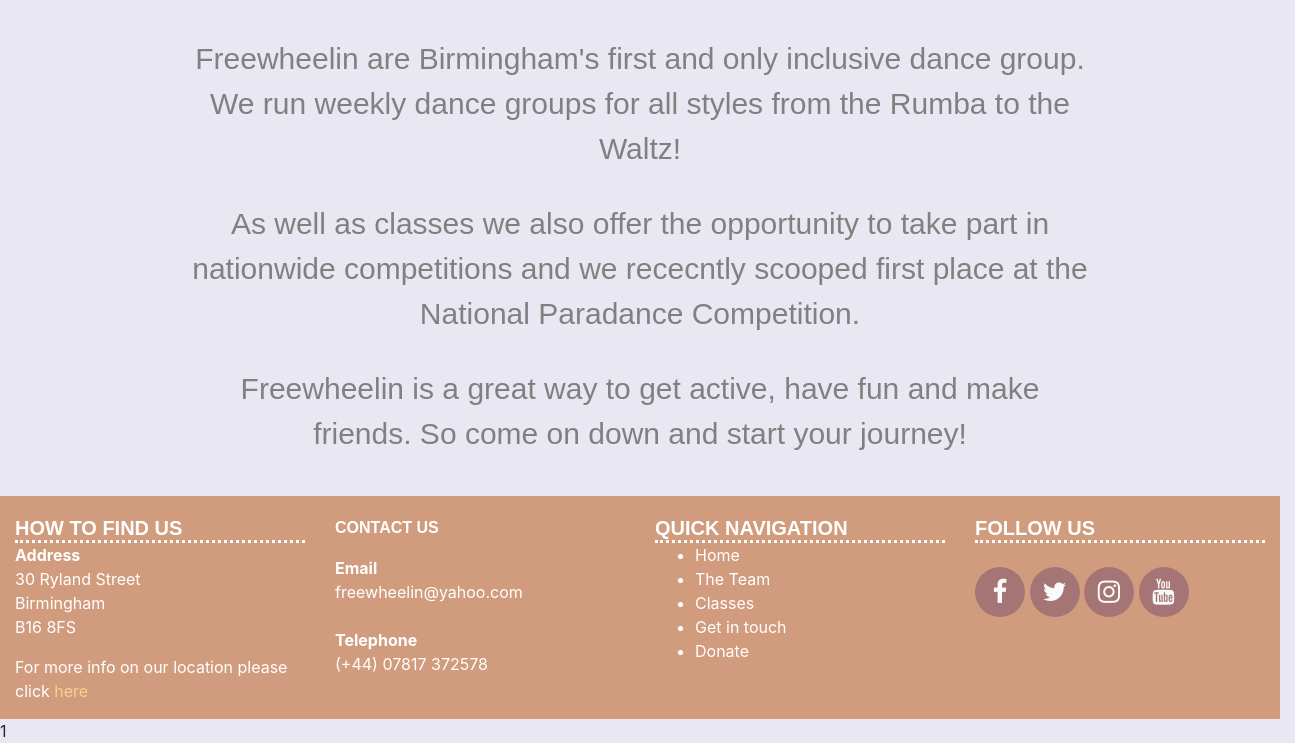
Repository: Code-Institute-Submissions/francisillingworth-resubmitted-milestone-project-1
Page: index.html
The author's editor kept a record of every edit. The page is drawn from the files as they stood at one moment, then again after the next edit.
The browser window is 1280 px wide. The page is 1295 px wide, so the pictures cover 1295 px, including what lies to the right of the window. The pictures show the part of the page from y = 811 to 1567 px (the page is 1554 px tall before and 1567 px after).

Above is the page before.

### index.html
<!DOCTYPE html>
<html lang="en">

<head>
    <meta charset="UTF-8">
    <meta name="viewport" content="width=device-width, initial-scale=1.0">
    <meta http-equiv="X-UA-Compatible" content="ie=edge">
    <link rel="stylesheet" href="https://stackpath.bootstrapcdn.com/bootstrap/4.3.1/css/bootstrap.min.css" type="text/css" />
    <link rel="stylesheet" href="https://stackpath.bootstrapcdn.com/font-awesome/4.7.0/css/font-awesome.min.css" type="text/css" />
    <link rel="stylesheet" href="https://cdnjs.cloudflare.com/ajax/libs/hover.css/2.3.1/css/hover-min.css" type="text/css" />
    <link rel="stylesheet" href="static/css/style.css" type="text/css" />
    <link rel="icon" type="image/png" href="assets/images/logo.png">
    <title>Freewheelin | Inclusive Dance</title>
</head>

<body>

    <header>
        <div class="container-fluid navalert-container">
            <div class="container-fluid alert-container">
                <div class="row d-none d-lg-block">
                    <div class="site-wide-alert alert alert-warning col-12 "><strong> Want to get involved?</strong> Click <a href="classes.html">here</a> for more info on classes! Want to donate? <button class="btn btn-success btn-sm " data-toggle="modal" data-target="#donateModal">Click Here!</button></div>
                </div>
            </div>
            <nav class="navbar navbar-dark navbar-expand-xl">
                <a href="/" class="navbar-brand"></a>
                <button class="navbar-toggler ml-auto" type="button" data-toggle="collapse" data-target="#navbarNavDropdown" aria-controls="navbarNavDropdown" aria-expanded="false" aria-label="Toggle navigation">
        <span class="navbar-toggler-icon"></span></button>


                <div class="collapse navbar-collapse  ml-auto" id="navbarNavDropdown">
                    <ul class="navbar-nav mr-auto">
                        <li class=" nav-item mr-2"><a class="nav-link" href="index.html">Home</a></li>
                        <li class="nav-item mr-2"><a class="nav-link" href="team.html">The Team</a></li>
                        <li class="nav-item dropdown">
                            <li class="nav-item mr-2"><a class="nav-link" href="classes.html">Classes</a></li>
                            <a class="nav-link dropdown-toggle " href="#" id="navbarDropdownMenuLink" role="button" data-toggle="dropdown" aria-haspopup="true" aria-expanded="false">Get in touch</a>
                            <div class="dropdown-menu" aria-labelledby="navbarDropdownMenuLink">
                                <a class="dropdown-item" href="get-in-touch.html">Contact us</a>
                                <a class="dropdown-item" href="#" data-toggle="modal" data-target="#donateModal">Donate</a>
                            </div>
                        </li>

                    </ul>
                </div>

            </nav>
        </div>

        <img class="logo" src="assets/images/logo.png" alt="Logo">
        <h1>Freewheelin</h1>
        <h2>Inclusive dance</h2>
        <div class="row no-gutters">
            <div class="col-md-8 offset-2">
                <div class="d-none d-lg-block">
                    <div class="row no-gutters">
                        <div class="col">
                            <ul id="nav" class="list-inline menucontainer">
                                <li class="col-sm-3 ui-menu-color list-inline-item menuitem">
                                    <a href="index.html" class="hvr-icon-grow"><i class="fa fa-home hvr-icon" aria-hidden="true"></i><span>&nbsp;  Home</span></a>
                                </li>
                                <li class="col-sm-3 ui-menu-color list-inline-item menuitem">
                                    <a href="team.html" class="hvr-icon-grow"><i class="fa fa-users hvr-icon" aria-hidden="true"></i><span>&nbsp;  The Team</span></a>
                                </li>
                                <li class="col-sm-3 ui-menu-color list-inline-item menuitem">
                                    <a href="classes.html" class="hvr-icon-grow"><i class="fa fa-calendar hvr-icon" aria-hidden="true"></i><span>&nbsp;  Classes</span></a>
                                </li>
                                <li class="col-sm-3 ui-menu-color list-inline-item menuitem">
                                    <a href="get-in-touch.html" class="hvr-icon-grow"><i class="fa fa-comments hvr-icon" aria-hidden="true"></i><span>&nbsp;  Get in touch</span></a>
                                </li>
                            </ul>

                        </div>
                    </div>
                </div>
            </div>
        </div>
    </header>

    <section>

        <iframe class="introVideo" width="516" height="296" src="https://www.youtube.com/embed/5jInVw9U_JM" frameborder="0" allow="accelerometer; autoplay; encrypted-media; gyroscope; picture-in-picture" allowfullscreen></iframe>
        <p class="homePagePara">Freewheelin are Birmingham's first and only inclusive dance group. We run weekly dance groups for all styles from the Rumba to the Waltz!</p>
        <p class="homePagePara">As well as classes we also offer the opportunity to take part in nationwide competitions and we rececntly scooped first place at the National Paradance Competition.</p>
        <p class="homePagePara">Freewheelin is a great way to get active, have fun and make friends. So come on down and start your journey!</p>
        </p>
    </section>

    <footer class="container-fluid">
        <div class="row">
            <div class="col-sm-6 col-md-4 col-lg-3">
                <h5 class="uppercase general-sub"><strong>How to find us</strong></h5>
                <p class="footer-text"><strong>Address</strong><br>30 Ryland Street<br>Birmingham<br>B16 8FS</p>
                <p class="footer-text footer-text-map-link">For more info on our location please click <a class="classes-page" href="classes.html">here</a></p>
                <div class="container-map">
                    <iframe src="https://www.google.com/maps/embed?pb=!1m18!1m12!1m3!1d4860.370228884722!2d-1.922623812816778!3d52.47578393677804!2m3!1f0!2f0!3f0!3m2!1i1024!2i768!4f13.1!3m3!1m2!1s0x4870bcf7880bee33%3A0xc67f882871949e74!2s30+Ryland+St%2C+Birmingham+B16+8FS!5e0!3m2!1sen!2suk!4v1556909026058!5m2!1sen!2suk"
                        width="300" height="300" frameborder="0" style="border:0" allowfullscreen></iframe>
                </div>
            </div>
            <div class="col-sm-6 col-md-4 col-lg-3">
                <p class="uppercase general-sub footerHeader"><strong>Contact Us</strong></p>
                <p class="footer-text"><strong> Email</strong><br>freewheelin@yahoo.com<br><br><strong>Telephone</strong><br>(+44) 07817 372578</p>
            </div>
            <div class="col-sm-6 col-md-4 col-lg-3">
                <h5 class="uppercase general-sub"><strong>Quick Navigation</strong></h5>
                <ul>
                    <li class="footer-nav"><a href="index.html">Home</a></li>
                    <li class="footer-nav"><a href="team.html">The Team</a></li>
                    <li class="footer-nav"><a href="classes.html">Classes</a></li>
                    <li class="footer-nav"><a href="get-in-touch.html">Get in touch</a></li>
                    <li class="footer-nav"><a href="#" data-toggle="modal" data-target="#donateModal">Donate</a></li>
                </ul>
            </div>
            <div class="col-sm-6 col-md-4 col-lg-3">
                <h5 class="uppercase general-sub"><strong>Follow us</strong></h5>
                <br>
                <ul class="list-inline social-links">
                    <li class="list-inline-item">
                        <a target="_blank" href="https://www.facebook.com/freewheelindance/?view_public_for=1515757465107461">
                            <i class="fa fa-facebook hvr-icon" aria-hidden="true"></i>
                            <span class="sr-only">Facebook</span>
                        </a>
                    </li>
                    <li class="list-inline-item">
                        <a target="_blank" href="https://twitter.com/wheelin_free">
                            <i class="fa fa-twitter hvr-icon" aria-hidden="true"></i>
                            <span class="sr-only">Twitter</span>
                        </a>
                    </li>
                    <li class="list-inline-item">
                        <a target="_blank" href="https://www.instagram.com/freewheelin_dance/">
                            <i class="fa fa-instagram hvr-icon" aria-hidden="true"></i>
                            <span class="sr-only">Instagram</span>
                        </a>
                    </li>
                    <li class="list-inline-item">
                        <a target="_blank" href="https://www.youtube.com/channel/UCn35KSVQHnnvmcoqwCyMNBQ">
                            <i class="fa fa-youtube hvr-icon" aria-hidden="true"></i>
                            <span class="sr-only">Youtube</span>
                        </a>
                    </li>
                </ul>
            </div>

        </div>

    </footer>

    <div class="modal" tabindex="-1" role="dialog" id="donateModal">
        <div class="modal-dialog" role="document">
            <div class="modal-content">
                <div class="modal-header">
                    <h5 class="modal-title">Donate to Freewheelin!</h5>
                    <button type="button" class="close" data-dismiss="modal" aria-label="Close">
          <span aria-hidden="true">&times;</span>
        </button>
                </div>
                <div class="modal-body">
                    <form>
                        <div class="form-group">
                            <label for="InputName">Full name (required)</label>
                            <input type="text" class="form-control" id="exampleInputEmail1" aria-describedby="emailHelp" placeholder="Enter full name" required>
                        </div>
                        <div class="form-group">
                            <label for="InputEmail">Email address (required)</label>
                            <input type="email" class="form-control" id="exampleInputEmail1" aria-describedby="emailHelp" placeholder="Enter email" required>
                            <small id="emailHelp" class="form-text text-muted">We'll never share your email with anyone else.</small>
                        </div>
                        <div class="form-group">
                            <label for="InputTelephoneNumber">Telephone number (optional)</label>
                            <input type="text" class="form-control" id="exampleInputPassword1" placeholder="Enter Telephone Number">
                            <small id="phoneHelp" class="form-text text-muted">We'll never share your phone number with anyone else.</small>
                        </div>
                        <p>By clicking submit you will send us your contact details. A member of the team will get in touch shortly to dicuss your donation. Thank you for your generosity!</p>
                        <button type="submit" class="btn btn-primary">Submit</button>
                    </form>
                </div>
            </div>
        </div>
    </div>



    <script src="https://code.jquery.com/jquery-3.3.1.slim.min.js" integrity="sha384-q8i/X+965DzO0rT7abK41JStQIAqVgRVzpbzo5smXKp4YfRvH+8abtTE1Pi6jizo" crossorigin="anonymous"></script>
    <script src="https://cdnjs.cloudflare.com/ajax/libs/popper.js/1.14.7/umd/popper.min.js" integrity="sha384-UO2eT0CpHqdSJQ6hJty5KVphtPhzWj9WO1clHTMGa3JDZwrnQq4sF86dIHNDz0W1" crossorigin="anonymous"></script>
    <script src="https://stackpath.bootstrapcdn.com/bootstrap/4.3.1/js/bootstrap.min.js" integrity="sha384-JjSmVgyd0p3pXB1rRibZUAYoIIy6OrQ6VrjIEaFf/nJGzIxFDsf4x0xIM+B07jRM" crossorigin="anonymous"></script>


</body>

</html>
1

### static/css/style.css
/*------------------colours*/

body {
    background-color: #e9e7f1;
}



/*------------------heading*/

h1 {
    width: 100%;
    font-family: century gothic, sans-serif;
    font-weight: 100;
    font-size: 56px;
    text-align: center;
    letter-spacing: 3px;
}

h4 {
    font-family: century gothic, sans-serif;
    font-weight: 100;
    font-size: 20px;
    text-align: center;
    letter-spacing: 5px;
    color: #808080;
}

.logo {
    border-radius: 50%;
    display: inherit;
    margin-left: auto;
    margin-right: auto;
}

.list-inline-item:not(:last-child) {
    margin: 0;
}

.menucontainer {
    font-size: 0;

}

#nav li {
    font-size: 20px;
    text-align: center;
    padding: 7px 10px 10px 10px;
    background-color: #d9c8ca;
    color: black;
    border-radius: 25px;
    margin-top: 10px;

}

#nav li:hover {
    background-color: #bfa4a4
}

.menuitem {
    height: 100%;
}

.menuitem a {
    width: 100%;
    text-decoration: none;
    color: #fff;
    height: 100%;
    display: block;
}

.menuitem span {
    width: 100%
}

/* ------------------------------------Alert bar*/

.alert {
    padding: 3px 20px;
    text-align: right;
    background-color: #e9e7f1;
    border-color: #e9e7f1;

}

btn-group-sm>.btn,
.btn-sm {
    padding: .25rem .5rem;
    font-size: .875rem;
    line-height: 1.5;
    border-radius: .2rem;
    margin-left: 10px;
}

.alert-container {
    padding: 0;
}


/*-----------------------------------burger nav*/

.nav-link {
    text-align: right;
    font-weight: 800;
}


.navbar-dark .navbar-nav .nav-link {
    color: #747779;
}


.navbar-toggler-icon {
    display: inline-block;
    width: 2.5em;
    height: 2.5em;
    vertical-align: middle;
    content: "";
    background: no-repeat center center;
    background-size: 100% 100%;


}

.navbar-dark .navbar-toggler-icon {
    background-image: url(http://assets.stickpng.com/thumbs/588a64e7d06f6719692a2d11.png);
}

.dropdown-item {
    text-align: right;
    color: #747779;
    font-weight: 700;
}

.dropdown-menu {
    background-color: transparent;
    border: none;
}

.navalert-container {
    padding: 0;
}



.dropdown-item:focus,
.dropdown-item:hover {
    color: white;
    text-decoration: none;
    background-color: #e9e7f1;
}

@media(min-width:992px) {
    .navbar-expand-xl {
        display: none;
    }
}




/*---------------------------------------footer*/

h5 {
    margin: 0;
    border-bottom-style: dotted;
    border-bottom-color: white;
}

.uppercase {
    text-transform: uppercase
}

.general-sub {
    font-family: "nanum-Gothic", sans-serif;
    color: white;
}

footer {
    margin-top: 40px;
    background-color: #d19c7d;
    min-height: 100px;
    padding-top: 20px;

}

.footer-text {
    color: white;
}

/* credit to tkjaergaard  https://gist.github.com/tkjaergaard/1853190  for inspiration on making the map circular and for ideas for code make it happen */

.container-map {

    text-align: center;
    overflow: hidden;
    border-radius: 50%;
    position: relative;
    z-index: 1;
    height: 290px;
    width: 290px;
    border: 10px solid #f9cf92;
    margin-bottom: 20px;
}

.container-map iframe {
    position: absolute;
    border-radius: 50%;
    top: 0;
    left: -10px;

}

.social-links li a i {
    width: 50px;
    height: 50px;
    padding: 12px 0;
    border-radius: 50%;
    font-size: 26px;
    text-align: center;
    color: #fafafa;
    background-color: #a57474;
    transition: all 0.35s ease-in-out;
    -moz-transition: all 0.35s ease-in-out;
    -webkit-transition: all 0.35s ease-in-out;
    -o-transition: all 0.35s ease-in-out;

}

.social-links li a i:hover {
    background-color: #f9cf92;
    transform: scale(1.15);

}

.footer-nav {
    text-decoration: none;
    color: white;

}

.footer-nav a {
    text-decoration: none;
    color: white;

}

.footer-nav:hover {

    color: #8f8f8f;
}

.footer-nav a:hover {
    color: #8f8f8f;
}


.introVideo {
    width: 100%;
    margin-top: 40px;
}

.classes-page {
    color: #f9cf92;

}

.classes-page:hover {
    color: #a57474;
    text-decoration: none;
}



/*-------------------------index.html*/

.homePagePara {
    text-align: center;
    font-family: century gothic, sans-serif;
    font-size: 20px;
    font-weight: 300;
    color: #808080;
    width: 98%;
    margin-left: 1%;
    margin-top: 30px;
}

/*-------------------------------get in touch*/

.contact-form {
    margin-left: 1%;
    margin-right: 1%;
    font-size: 20px;
    width: 98%;
}

/*-------------------------------team*/

.teamPic {
    border-radius: 50%;
    border: 10px solid #d9c8ca;
    text-align: center;

}

.bioName {
    font-family: century gothic, sans-serif;
    font-size: 30px;
    font-weight: 300;
    color: #808080;


}

.bioPara {

    font-family: century gothic, sans-serif;
    font-size: 14px;
    font-weight: 600;
    color: #808080;
}




.katie {
    border: 10px solid #f9cf92;
}

.bioPic {
    padding-top: 20px;
    text-align: center;
}

.bioPic:hover {
    transform: scale(1.1);
}



/*-----------------------------------------classes*/

.classesText {
    font-family: century gothic, sans-serif;
    font-weight: 300;
    font-size: 30px;
    text-align: center;
    margin-top: 10px;
    color: #808080;
}


.map-responsive {
    overflow: hidden;
    padding-bottom: 56.25%;
    position: relative;
    height: 0;
    border-radius: 10px;
}

.map-responsive iframe {
    left: 0;
    top: 0;
    height: 100%;
    width: 100%;
    position: absolute;
}

.contact-us-modal {
    color: #d19c7d;
}

.contact-us-modal:hover {
    color: #a57474;
    text-decoration: none;
}





/*-------------------------------@media*/

@media (min-width:576px) {

    .homePagePara {
        margin-left: 5%;
        margin-right: 5%;
        font-size: 30px;
        font-weight: 100;
        width: 90%;
    }
    .introVideo {
        width: 90%;
        margin-left: 5%
    }

    .container-map {
        display: none
    }

}


@media (max-width:576px) {

    .footer-text-map-link {
        display: none
    }

}


@media (min-width:768px) {

    .homePagePara {
        margin-left: 15%;
        margin-right: 15%;
        font-size: 30px;
        width: 70%;


    }

    .introVideo {
        width: 60%;
        margin-left: 20%
    }

    .contact-form {
        margin-left: 15%;
        margin-right: 15%;
        font-size: 20px;
        width: 70%;

    }


}



@media (min-width:992px) {
    .meet-the-team {
        text-align: left;
    }
}

@media (max-width:992px) {
    .free-wheelin-title {
        display: none;
    }
}

After the next edit:
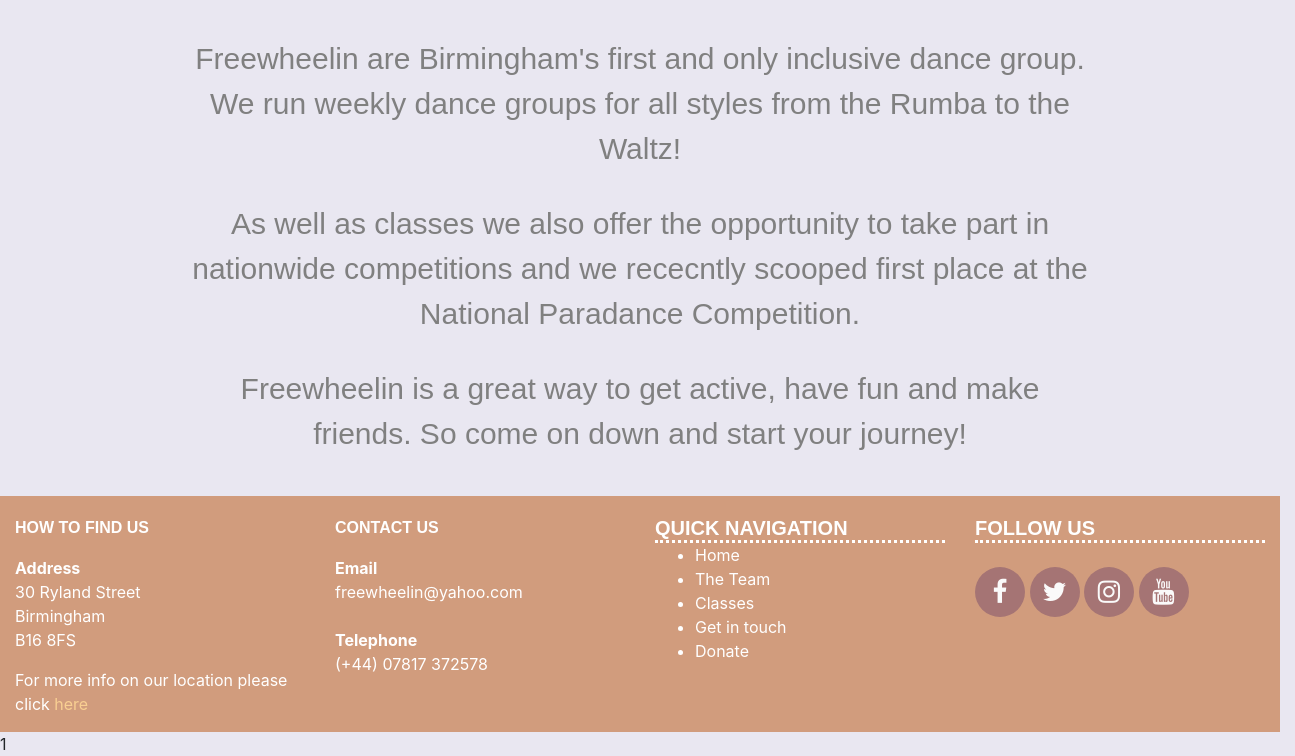
The edit:
--- a/index.html
+++ b/index.html
@@ -89,7 +89,7 @@
     <footer class="container-fluid">
         <div class="row">
             <div class="col-sm-6 col-md-4 col-lg-3">
-                <h5 class="uppercase general-sub"><strong>How to find us</strong></h5>
+                <p class="uppercase general-sub footerHeader"><strong>How to find us</strong></p>
                 <p class="footer-text"><strong>Address</strong><br>30 Ryland Street<br>Birmingham<br>B16 8FS</p>
                 <p class="footer-text footer-text-map-link">For more info on our location please click <a class="classes-page" href="classes.html">here</a></p>
                 <div class="container-map">
